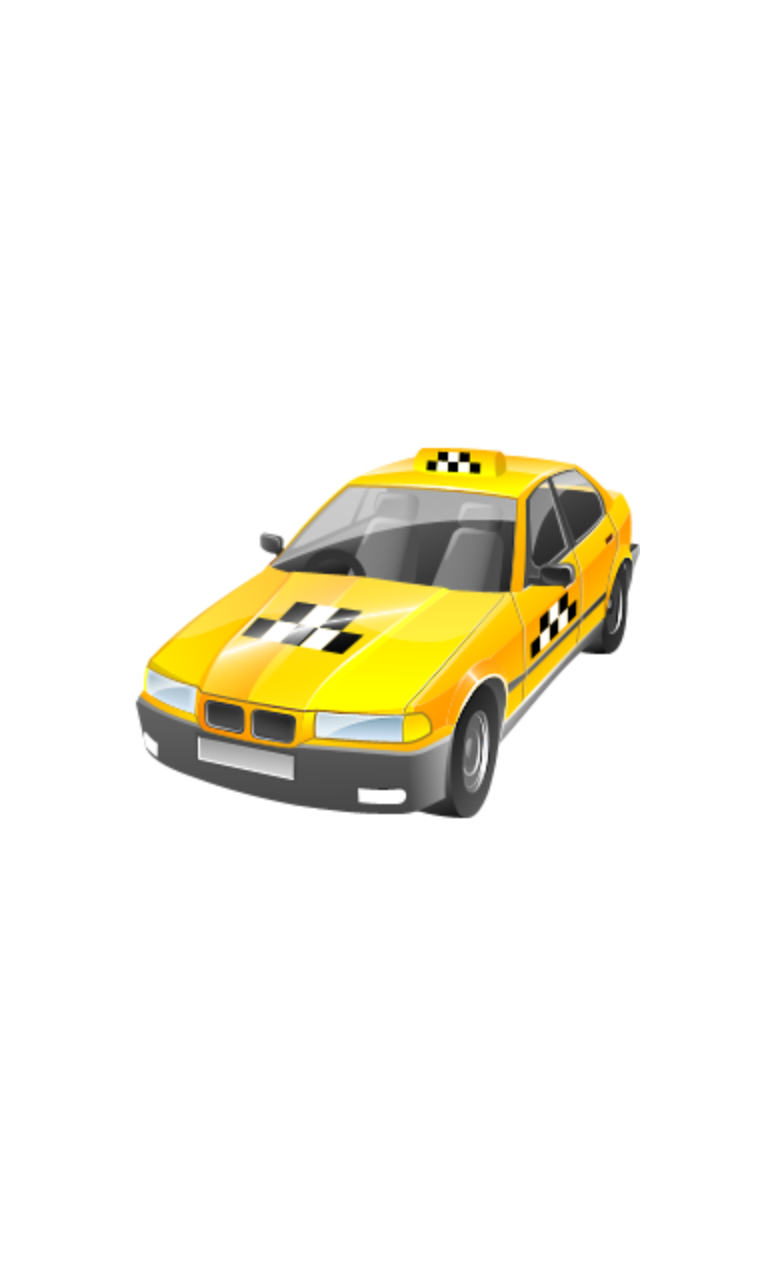
Repository: fernandohur/moviles
Layout: ClienteTaxi/res/layout/activity_main.xml
The author's editor kept a copy of each file at every save. The layout is drawn from the files as they stood at one save, then again after the next save.
It is drawn on a 768 x 1280 px phone screen (xhdpi) without system bars, with theme AppTheme; the app's code is not run.

Above is the layout before, as saved 2013-03-09 23:37:48.

After the next save:
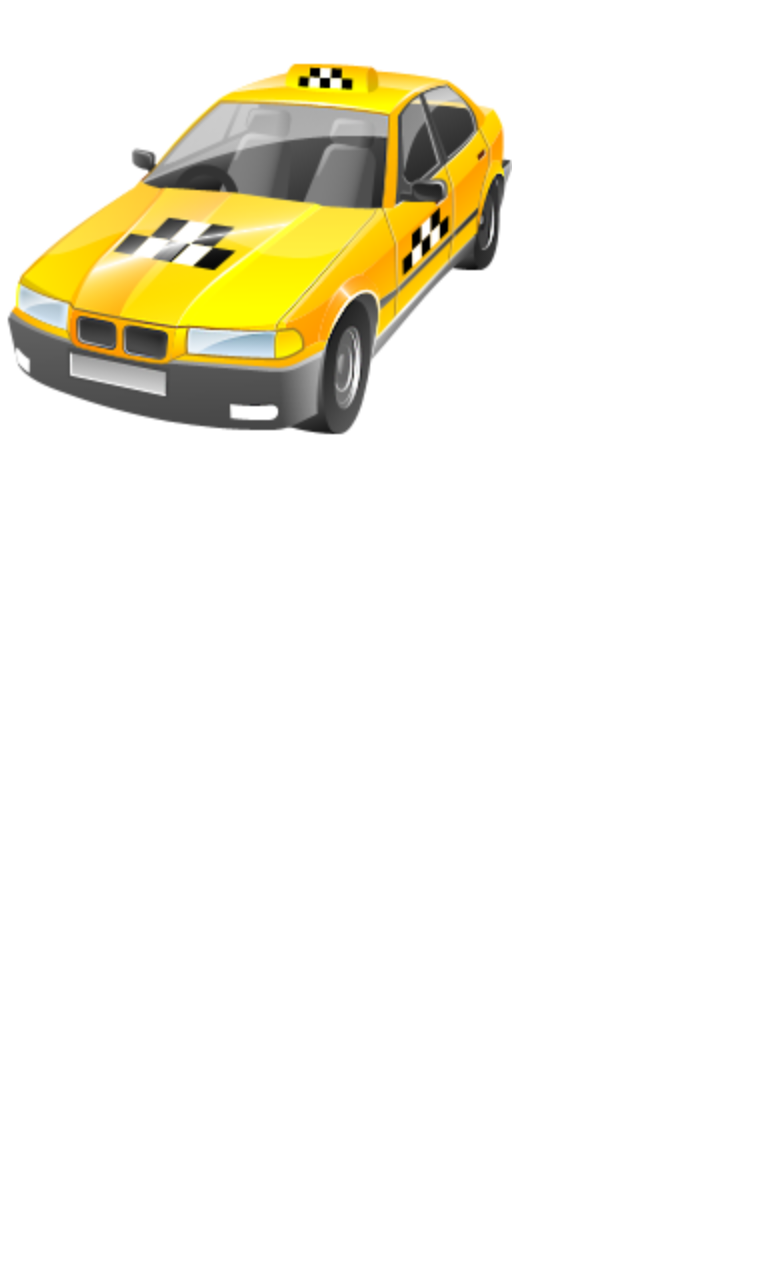
Saved 54 s later.
--- a/ClienteTaxi/res/layout/activity_main.xml
+++ b/ClienteTaxi/res/layout/activity_main.xml
@@ -1,15 +1,15 @@
-<RelativeLayout xmlns:android="http://schemas.android.com/apk/res/android"
+<LinearLayout xmlns:android="http://schemas.android.com/apk/res/android"
     xmlns:tools="http://schemas.android.com/tools"
+    android:id="@+id/LinearLayout1"
     android:layout_width="match_parent"
     android:layout_height="match_parent"
+    android:orientation="vertical"
     tools:context=".MainActivity" >
 
     <ImageView
         android:id="@+id/imageView1"
         android:layout_width="wrap_content"
         android:layout_height="wrap_content"
-        android:layout_centerHorizontal="true"
-        android:layout_centerVertical="true"
         android:src="@drawable/taxi_icon" />
 
-</RelativeLayout>
+</LinearLayout>
